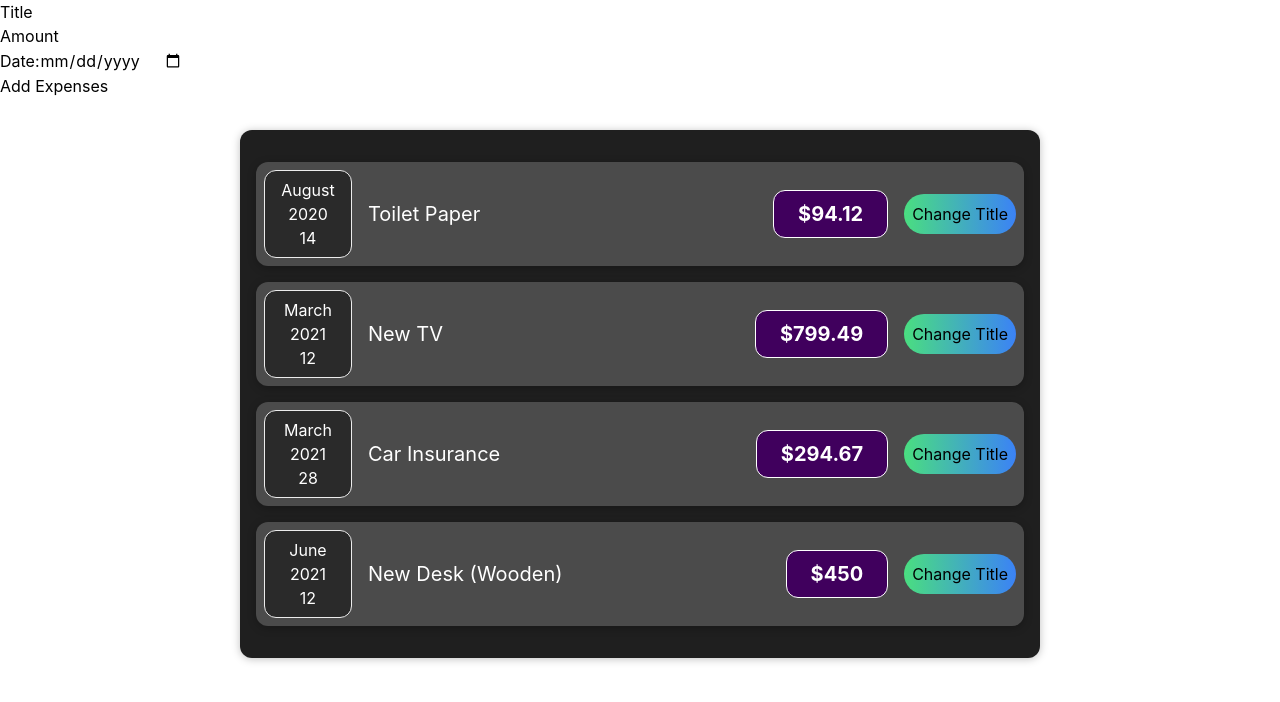
Repository: Sef24/expense-tracker
Page: /
An editor plug-in stored every save of this project. The page is shown before and after the next save, followed by the edit.
The browser window is 1280 px wide. The pictures show the whole page.
The project was rebuilt for these pictures with package versions that can differ from the ones it lists, and the page was loaded fresh each time. Also part of the build but not shown: src/components/NewExpense/NewExpense.css, src/components/NewExpense/ExpenseForm.css.

Above is the page before, as saved 2022-04-24 21:37:59.

After the next save:
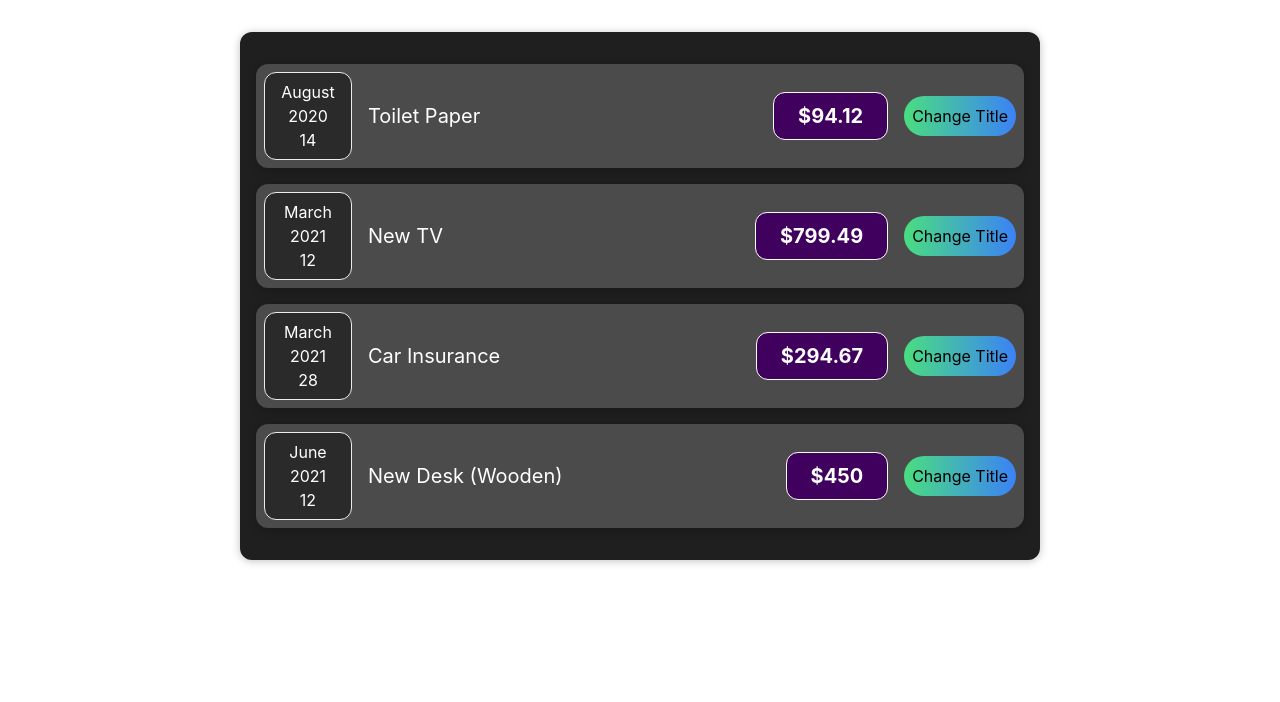
Saved 22 h 15 min later.
--- a/src/components/NewExpense/ExpenseForm.js
+++ b/src/components/NewExpense/ExpenseForm.js
@@ -2,60 +2,7 @@ import React, { useState } from "react";
 import "./ExpenseForm.css";
 
 function ExpenseForm() {
-  const [titleHandler, setTitleHandler] = useState("");
-  const [amountHandler, setAmountHandler] = useState("");
-  const [dateHandler, setDateHandler] = useState("");
-
-  const titleInputHandler = (event) => {
-    setTitleHandler(event.target.value);
-  };
-  const amountInputHandler = (event) => {
-    setAmountHandler(event.target.value);
-  };
-  const dateInputHandler = (event) => {
-    setDateHandler(event.target.value);
-  };
-
-  const submitHandler = (event) => {
-    event.preventDefault();
-  };
-
-  const expenseData = {
-    title: titleHandler,
-    amount: amountHandler,
-    date: new Date(dateHandler),
-  };
-  console.log(expenseData);
-
-  return (
-    <form onSubmit={submitHandler}>
-      <div>
-        <div>
-          <label>Title</label>
-          <input type="text" onChange={titleInputHandler} />
-        </div>
-
-        <div>
-          <label>Amount</label>
-          <input
-            type="number"
-            min="0.01"
-            step="0.01"
-            onChange={amountInputHandler}
-          />
-        </div>
-
-        <div>
-          <label>Date:</label>
-          <input type="date" onChange={dateInputHandler} />
-        </div>
-
-        <div>
-          <button type="submit">Add Expenses</button>
-        </div>
-      </div>
-    </form>
-  );
+  return;
 }
 
 export default ExpenseForm;
